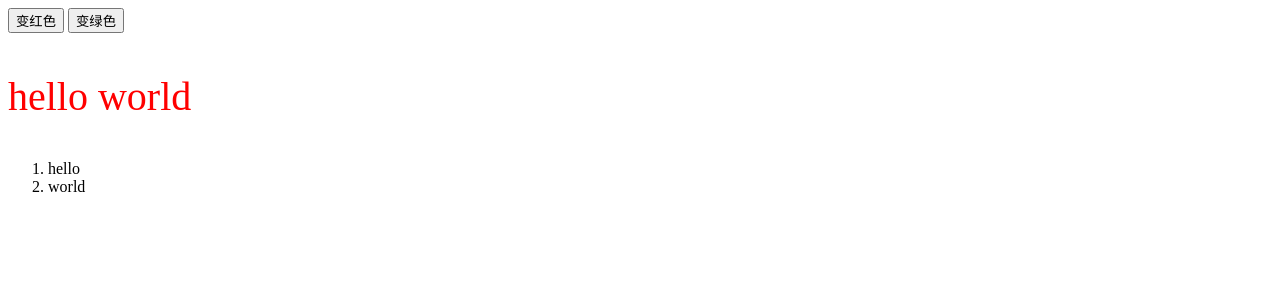
Repository: zhongmoumou/Codes
Page: 测试.html
These files come from the project's save history. The page is drawn as it stood at one moment and after the next save; the edit follows.
The browser window is 1280 px wide. The pictures show the whole page.
After loading, the first visible `#one` was clicked once.

Above is the page before, as saved 2021-12-08 20:48:00.

After the next save:
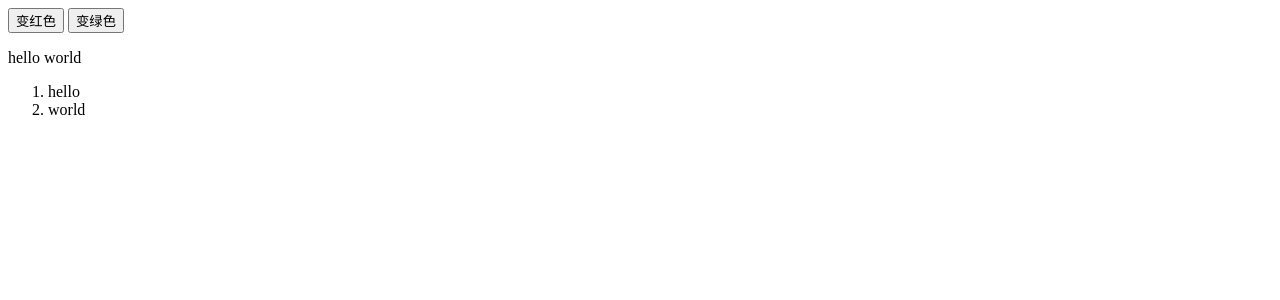
Saved 24 s later.
--- a/测试.html
+++ b/测试.html
@@ -26,7 +26,7 @@
 
     // 2、确定事件类型、完成事件处理程序
     btn1.onclick = function() {
-      p.style = 'color: red;font-size: 40px';
+      li.style = 'color: red;font-size: 40px';
     }
     btn2.onclick = function() {
       p.style = 'color: green';

After the 3 saves that followed:
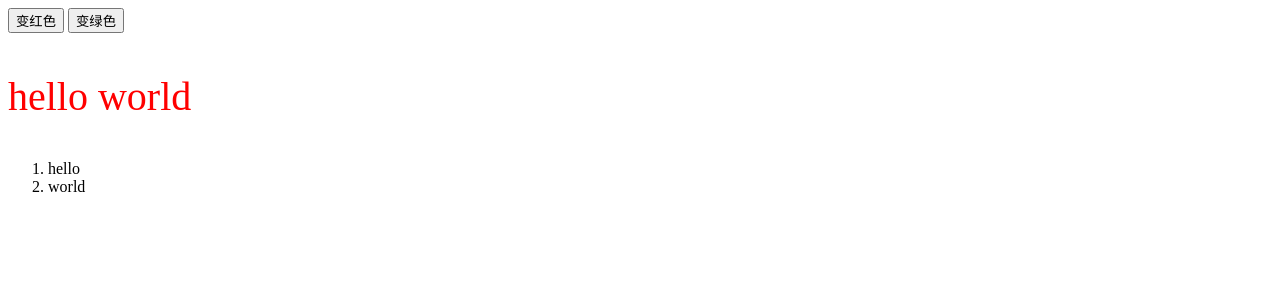
The 3 saves are shown as one change because 2 left the picture as it was.
The last was saved 23 s later.
--- a/测试.html
+++ b/测试.html
@@ -26,7 +26,7 @@
 
     // 2、确定事件类型、完成事件处理程序
     btn1.onclick = function() {
-      li.style = 'color: red;font-size: 40px';
+      p.style = 'color: red;font-size: 40px';
     }
     btn2.onclick = function() {
       p.style = 'color: green';
